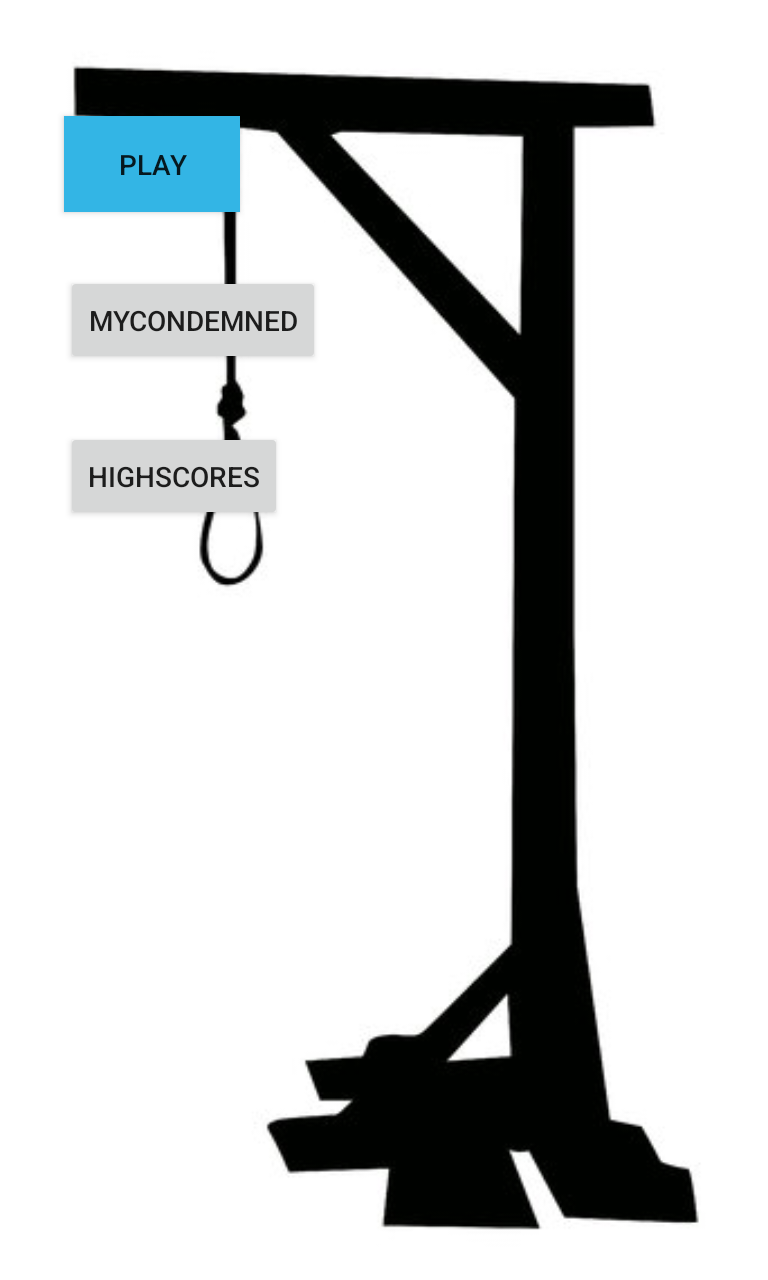
Repository: Sjaakja/hangman_app_studio
Layout: workspace/Hangman-TimeToSaveYourFriends/res/layout/fragment_main.xml
These files come from the project's save history. The layout is drawn as it stood at one moment and after the next save; the edit follows.
It is drawn on a 768 x 1280 px phone screen (xhdpi) without system bars, with theme AppTheme; the app's code is not run.

Above is the layout before, as saved 2014-06-09 14:34:28.

After the next save:
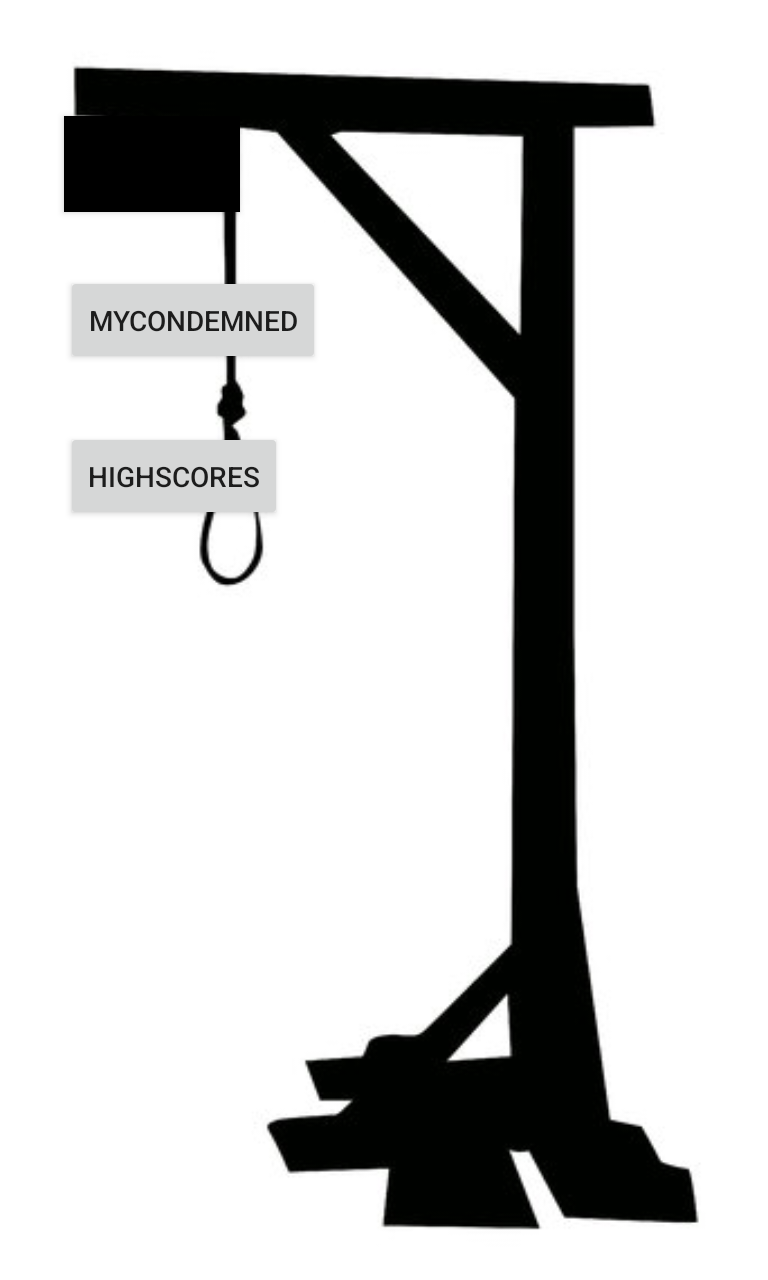
Saved 8 s later.
--- a/workspace/Hangman-TimeToSaveYourFriends/res/layout/fragment_main.xml
+++ b/workspace/Hangman-TimeToSaveYourFriends/res/layout/fragment_main.xml
@@ -29,7 +29,7 @@
 
     <Button
         android:id="@+id/button1"
-        android:background="@color/blue"
+        android:background="@color/black"
         android:layout_width="wrap_content"
         android:layout_height="wrap_content"
         android:layout_alignParentLeft="true"
